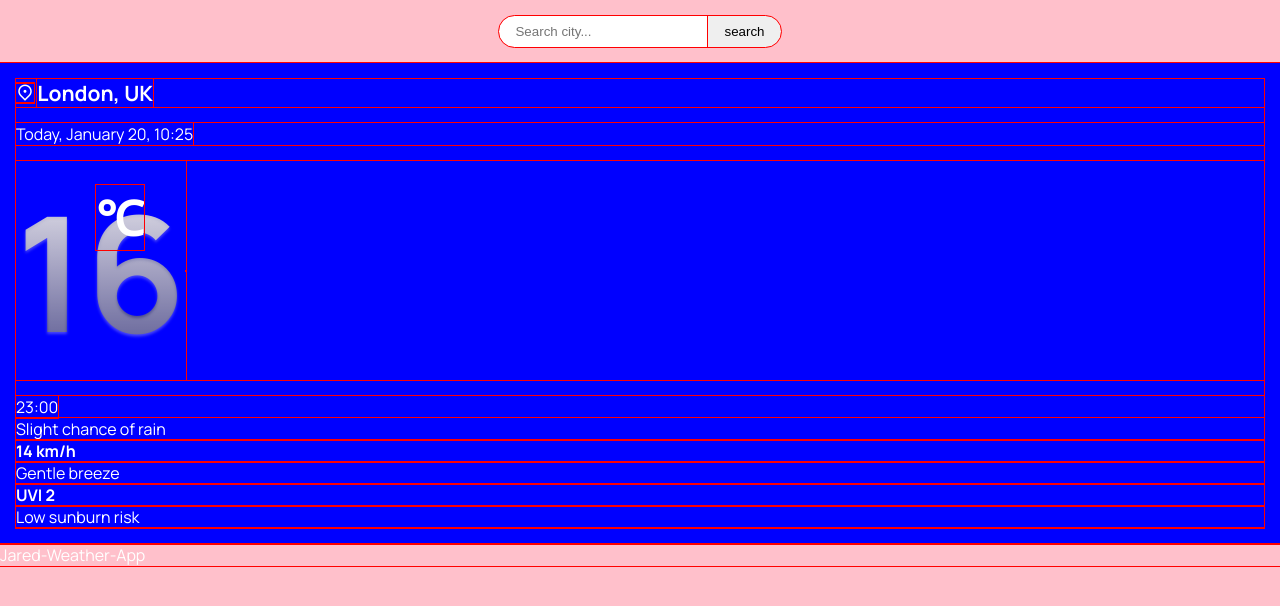
Repository: EguJaredoBoyd/Jared-Weather-App
Page: main.html
These files come from the project's save history. The page is drawn as it stood at one moment and after the next save; the edit follows.
The browser window is 1280 px wide. The pictures show the whole page.
Some web libraries are served in a nearby version.

Above is the page before, as saved 2026-01-22 17:10:01.

After the next save:
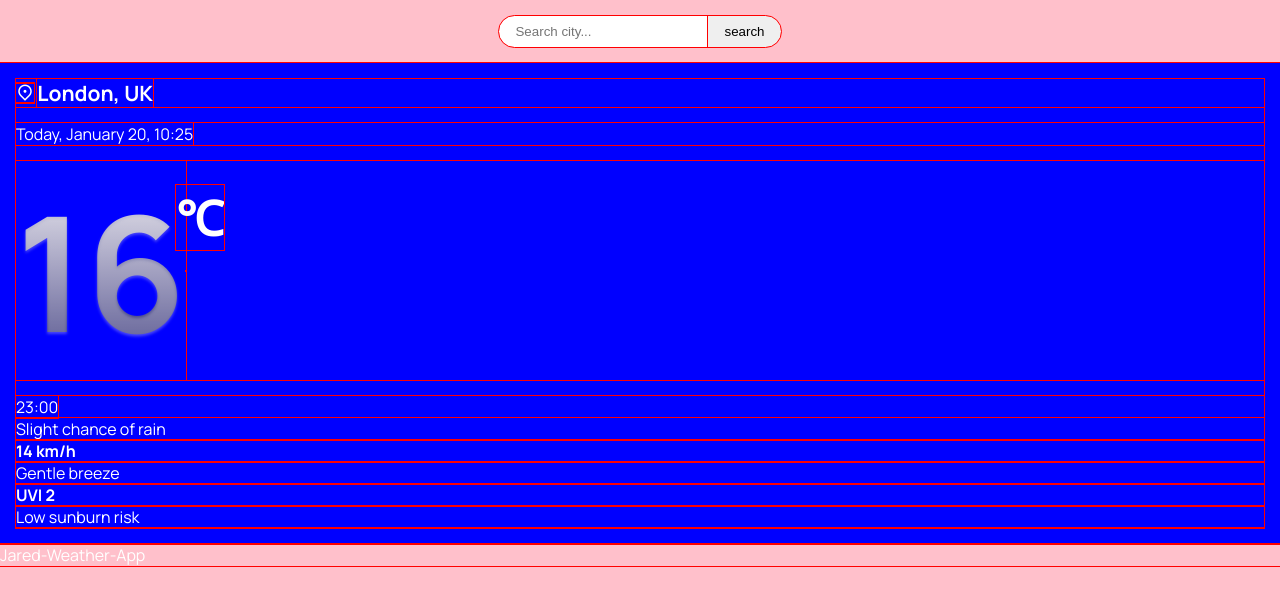
Saved 6 s later.
--- a/css/styles.css
+++ b/css/styles.css
@@ -89,5 +89,5 @@ main {
   font-size: 3rem;
   position: absolute;
   top: 1.5rem;
-  left: 5rem;
+  left: 10rem;
 }
